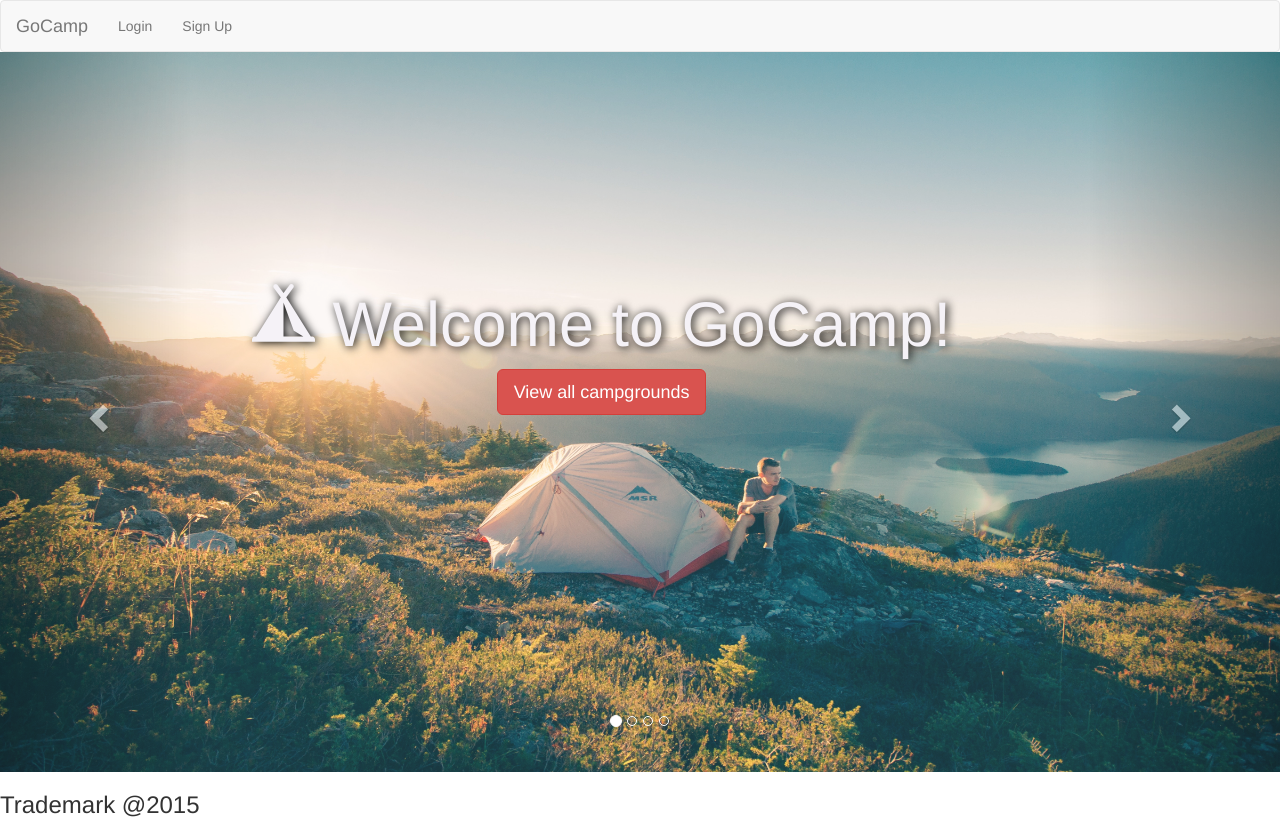
Repository: mkgdev/GoCamp
Page: http://localhost/
The author's editor kept a record of every edit. The page is drawn from the files as they stood at one moment, then again after the next edit.
The browser window is 1280 px wide. The pictures show the whole page.
The page is served by the project's Node server (app.js).

Above is the page before.

After the next edit:
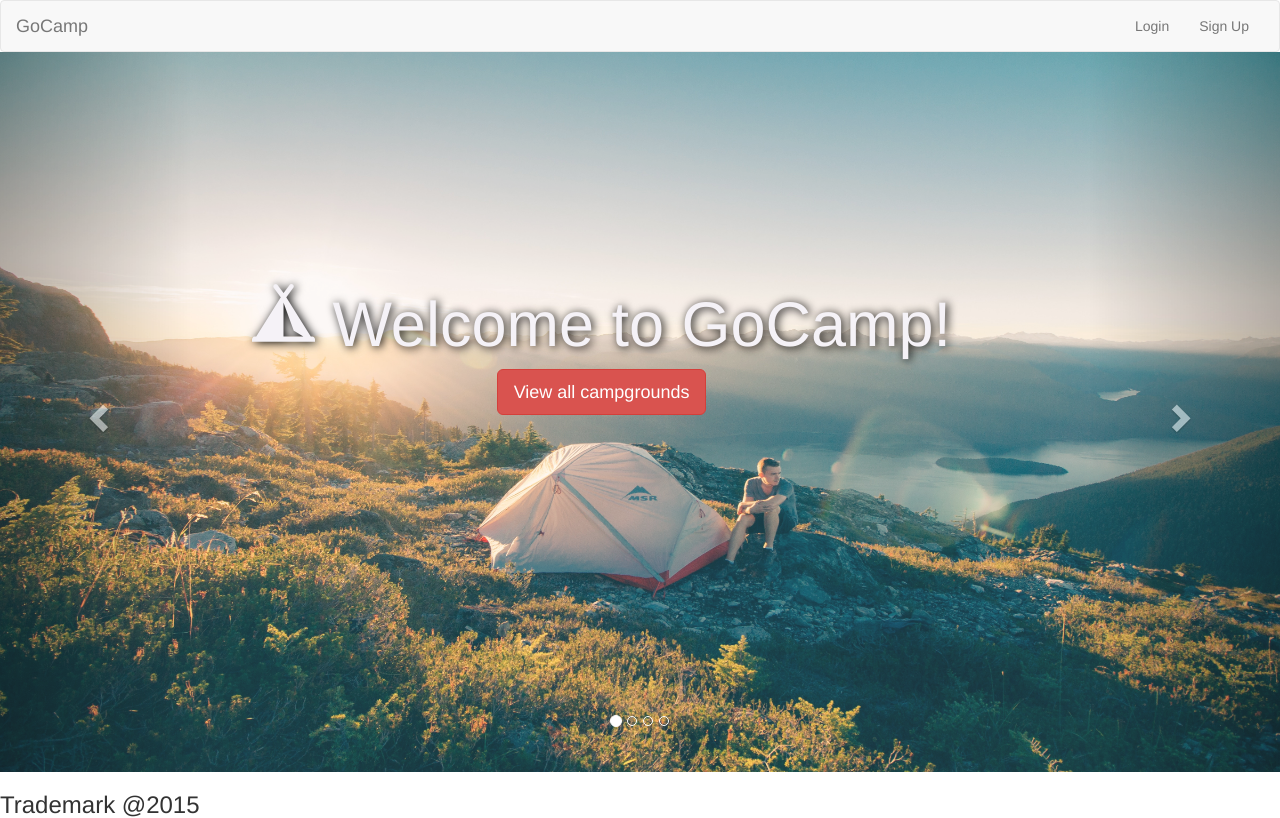
The edit:
--- a/views/partials/header.ejs
+++ b/views/partials/header.ejs
@@ -31,7 +31,7 @@
     </div>
 
     <div class="collapse navbar-collapse" id="navbar">
-        <ul class="nav navbar-nav" >
+        <ul class="nav navbar-nav navbar-right" >
         <%
 
             if(!currentUser) {   %>
